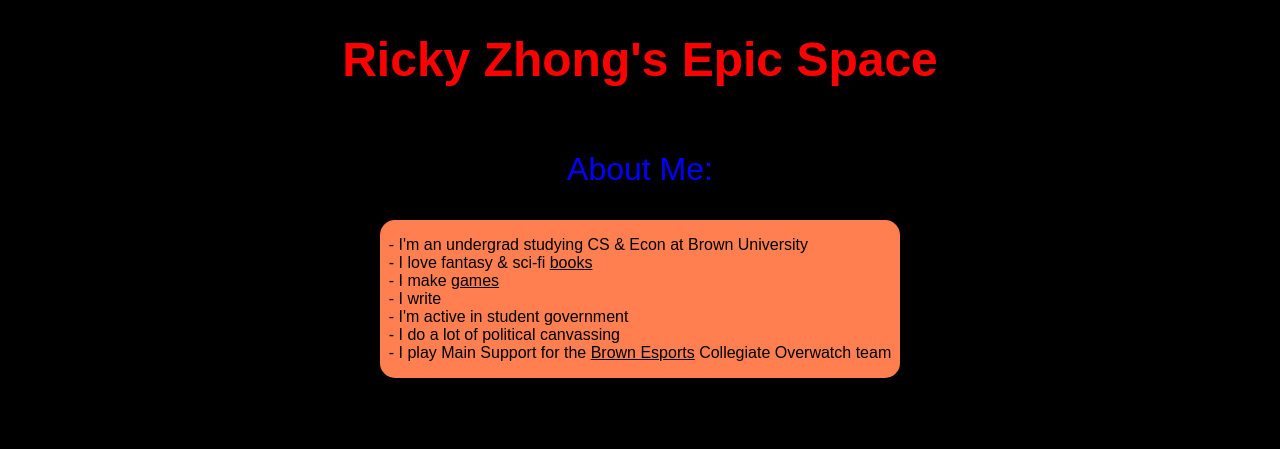
Repository: rickydaricky/rickydaricky.github.io
Page: index.html
The author's editor kept a copy of each file at every save. The page is drawn from the files as they stood at one save, then again after the next save.
The browser window is 1280 px wide. The pictures show the whole page.

Above is the page before, as saved 2023-03-31 13:31:15.

After the next save:
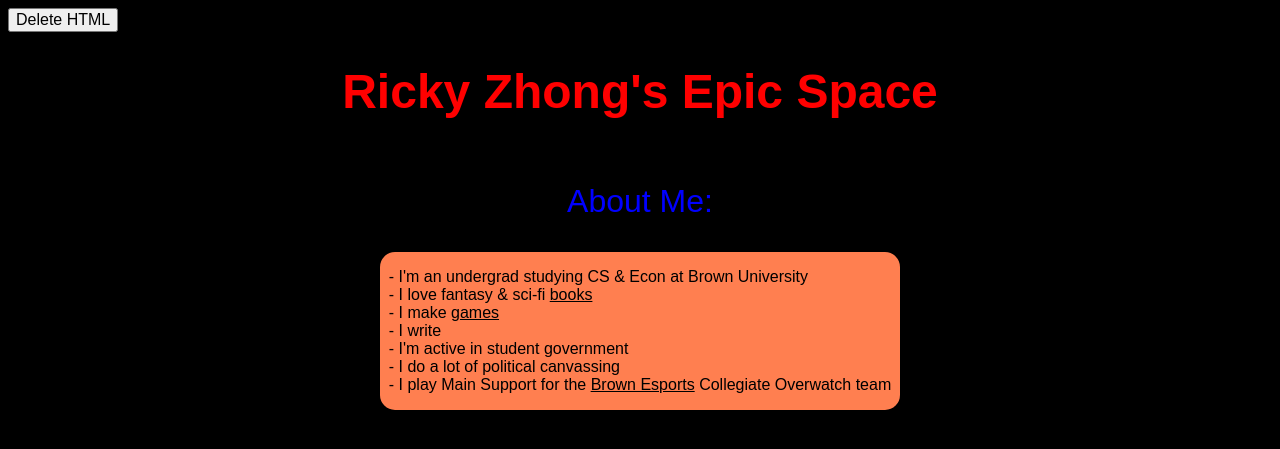
Saved 12 s later.
--- a/index.html
+++ b/index.html
@@ -14,6 +14,7 @@
 
 <html>
   <body>
+    <button onclick="deleteHtml()">Delete HTML</button>
     <h1 class="name">Ricky Zhong's Epic Space</h1>
     <div class="about-container">
       <div><p class="about about-container-child">About Me:</p></div>
